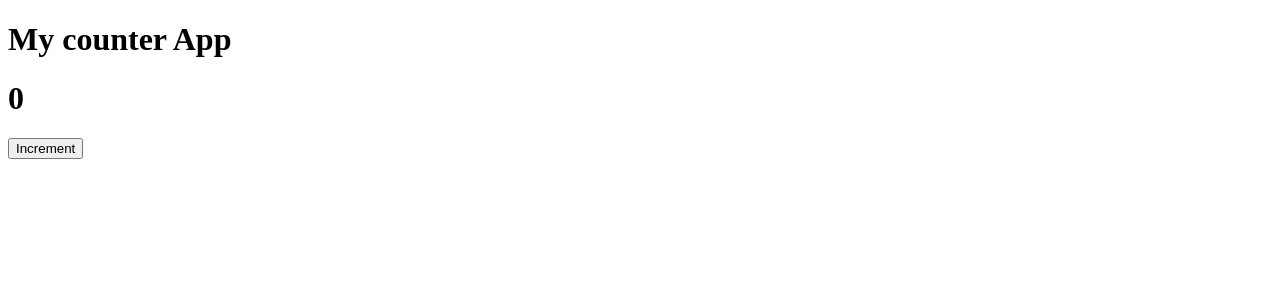
Repository: theanmol-raj/redux--
Page: /
An editor plug-in stored every save of this project. The page is shown before and after the next save, followed by the edit.
The browser window is 1280 px wide. The pictures show the whole page.
The project was rebuilt for these pictures with package versions that can differ from the ones it lists, and the page was loaded fresh each time. Also part of the build but not shown: src/index.css.

Above is the page before, as saved 2023-01-10 21:38:04.

After the next save:
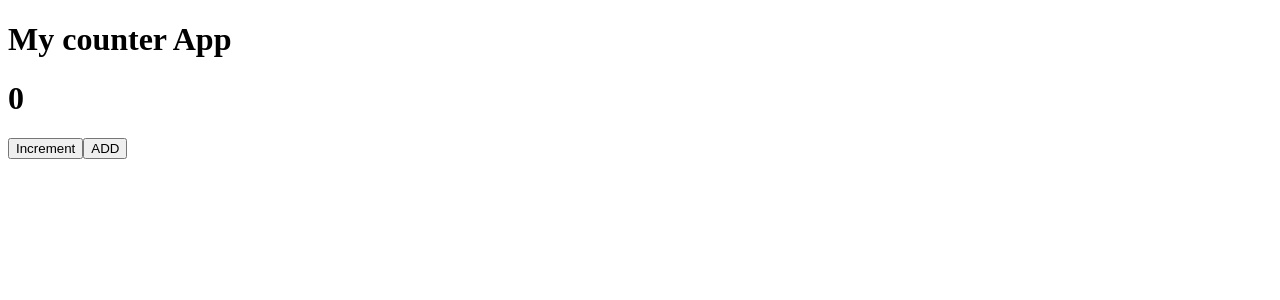
Saved 27 s later.
--- a/src/App.js
+++ b/src/App.js
@@ -19,6 +19,8 @@ function App() {
       <h1>My counter App</h1>
       <h1>{counter}</h1>
       <button onClick={increment}>Increment</button>
+
+      <button onClick={() => Add(5)}>ADD</button>
       {/* Store  */}
       {/* Dispatch */}
       {/* Reducers      */}
